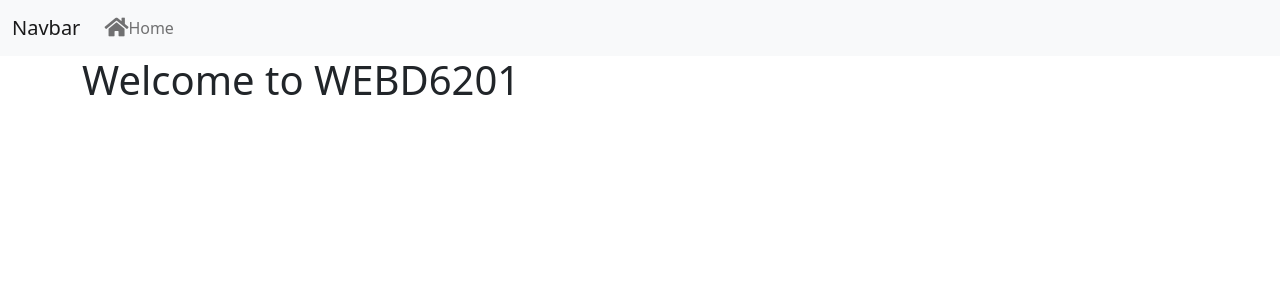
Repository: deividwsantoss/webd6201-W2021-ICE1
Page: Index.html
The author's editor kept a copy of each file at every save. The page is drawn from the files as they stood at one save, then again after the next save.
The browser window is 1280 px wide. The pictures show the whole page.

Above is the page before, as saved 2021-02-02 10:06:57.

### Index.html
<!DOCTYPE html>
<html lang="en">
<head>
    <meta charset="UTF-8">
    <meta name="viewport" content="width=device-width, initial-scale=1.0">
    <title>WEBD6201 - W2021 - ICE 1</title>
</head>
<!-- CSS SECTION -->
<link rel="stylesheet" href="./node_modules/bootstrap/dist/css/bootstrap.min.css">
<link rel="stylesheet" href="./node_modules/@fortawesome/fontawesome-free/css/all.min.css">
<link rel="stylesheet" href="./Content/app.css">

<body>
    <header>
        <nav class="navbar navbar-expand-lg navbar-light bg-light">
            <div class="container-fluid">
              <a class="navbar-brand" href="#">Navbar</a>
              <button class="navbar-toggler" type="button" data-bs-toggle="collapse" data-bs-target="#navbarSupportedContent" aria-controls="navbarSupportedContent" aria-expanded="false" aria-label="Toggle navigation">
                <span class="navbar-toggler-icon"></span>
              </button>
              <div class="collapse navbar-collapse" id="navbarSupportedContent">
                <ul class="navbar-nav me-auto mb-2 mb-lg-0">
                  <li class="nav-item">
                    <a class="nav-link" aria-current="page" href="#"><i class="fas fa-home fa-lg"></i>Home</a>
                  </li>

                </ul>

              </div>
            </div>
          </nav>
    </header>
    <main class="container">

        <h1>Welcome to WEBD6201 </h1>
    </main>

    <footer>

    </footer>
    <!-- Script Section-->
    <script src="./node_modules/jquery/dist/jquery.min.js"></script>
    <script src="./node_modules/bootstrap/dist/js/bootstrap.bundle.min.js"></script>
    <script src="./Scripts/app.js"></script>
</body>
</html>

### Scripts/app.js
/* Custom JavaScript goes here */


// IIFE -
//AKA - Anonymous self-excuting function

(function()
{


    function Start()
    {
        console.log("App Started...")

    }
    window.addEventListener("load", Start);
})();

Loaded but not shown: node_modules/bootstrap/dist/css/bootstrap.min.css (library); node_modules/@fortawesome/fontawesome-free/css/all.min.css (library); node_modules/jquery/dist/jquery.min.js (library); node_modules/bootstrap/dist/js/bootstrap.bundle.min.js (library); Content/app.css (no stored copy; drawn as an empty file)

After the next save:
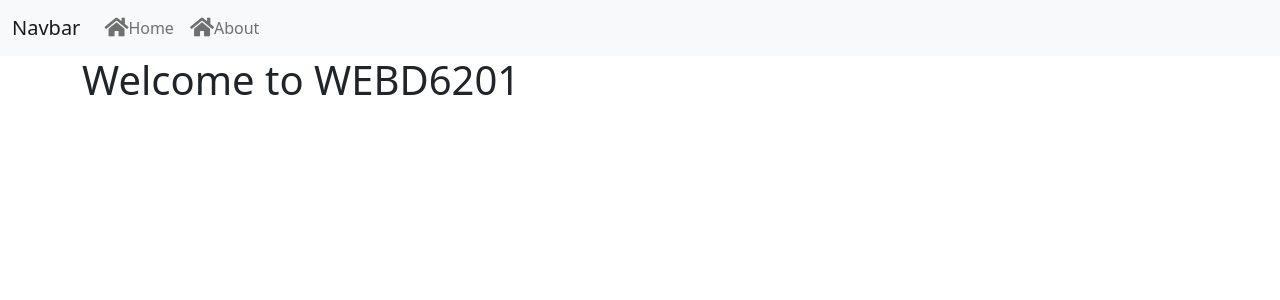
Saved 15 s later.
--- a/Index.html
+++ b/Index.html
@@ -23,6 +23,9 @@
                   <li class="nav-item">
                     <a class="nav-link" aria-current="page" href="#"><i class="fas fa-home fa-lg"></i>Home</a>
                   </li>
+                  <li class="nav-item">
+                    <a class="nav-link" aria-current="page" href="#"><i class="fas fa-home fa-lg"></i>About</a>
+                  </li>
 
                 </ul>
 
